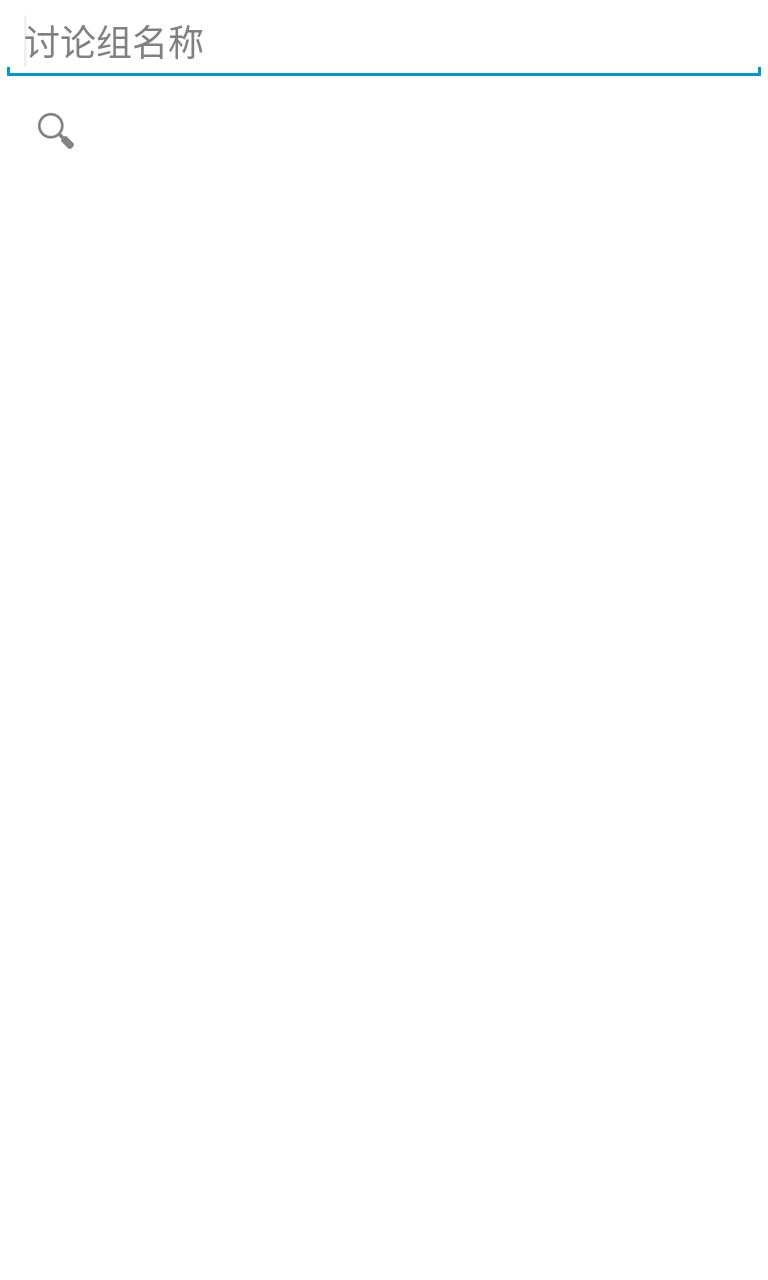
Repository: aojue/HappyAA
Layout: HappyAA/res/layout/creat_tell.xml
These files come from the project's save history. The layout is drawn as it stood at one moment and after the next save; the edit follows.
It is drawn on a 768 x 1280 px phone screen (xhdpi) without system bars, with theme AppTheme; the app's code is not run.

Above is the layout before, as saved 2014-10-24 16:28:02.

### HappyAA/res/layout/creat_tell.xml
<?xml version="1.0" encoding="utf-8"?>

<ScrollView xmlns:android="http://schemas.android.com/apk/res/android"
    xmlns:tools="http://schemas.android.com/tools"
    android:layout_width="match_parent"
    android:layout_height="match_parent"
    tools:context=".CreatTell" >

    <LinearLayout
        android:id="@+id/Linearlayout2"
        android:layout_width="match_parent"
        android:layout_height="match_parent"
        android:orientation="vertical" >

        <EditText
            android:id="@+id/editText1"
            android:layout_width="match_parent"
            android:layout_height="wrap_content"
            android:ems="10"
            android:hint="讨论组名称"
            android:inputType="text"
            android:layout_gravity="center_vertical">

            <requestFocus />
        </EditText>

        <SearchView
            android:id="@+id/searchView1"
            android:layout_width="wrap_content"
            android:layout_height="wrap_content" >
        </SearchView>

    </LinearLayout>

</ScrollView>

Loaded but not shown: HappyAA/res/values/styles.xml (common file); HappyAA/res/values-v11/styles.xml (common file); HappyAA/res/values-v14/styles.xml (common file)

After the next save:
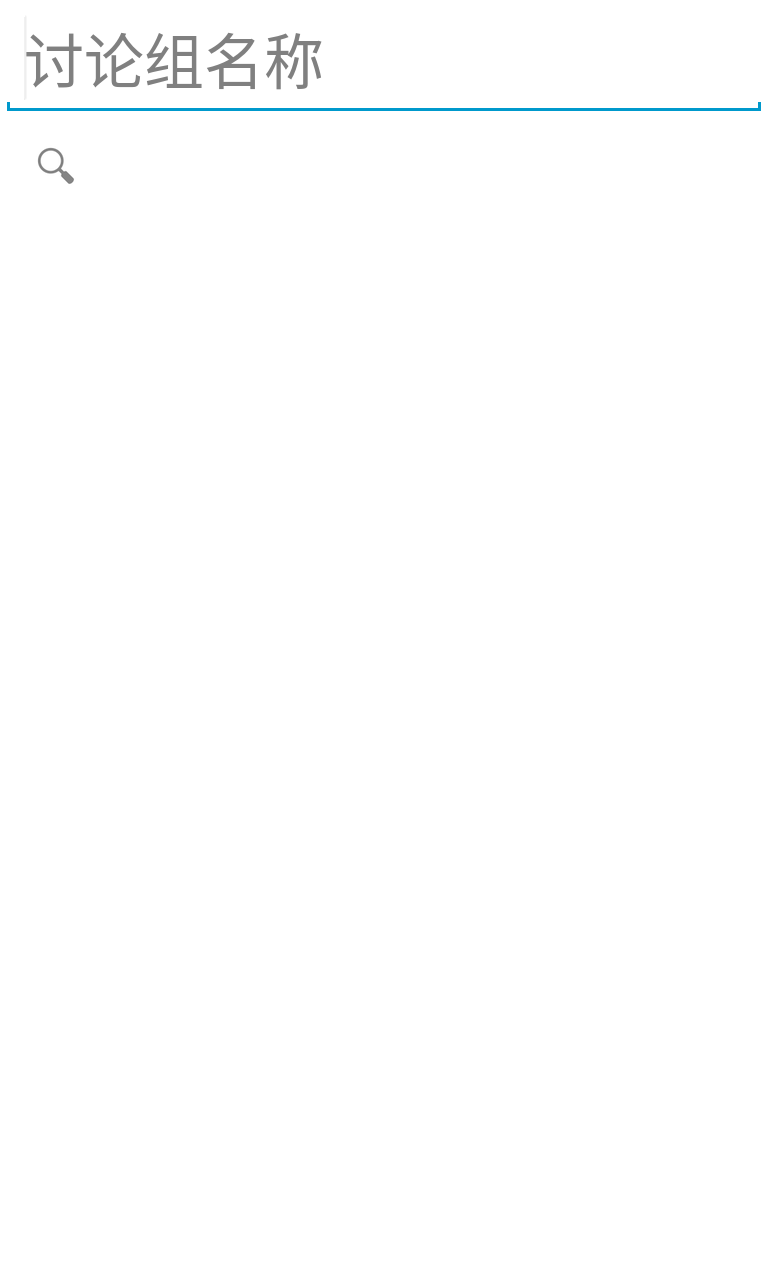
Saved 106 s later.
--- a/HappyAA/res/layout/creat_tell.xml
+++ b/HappyAA/res/layout/creat_tell.xml
@@ -19,6 +19,7 @@
             android:ems="10"
             android:hint="讨论组名称"
             android:inputType="text"
+            android:textSize="30sp"
             android:layout_gravity="center_vertical">
 
             <requestFocus />
